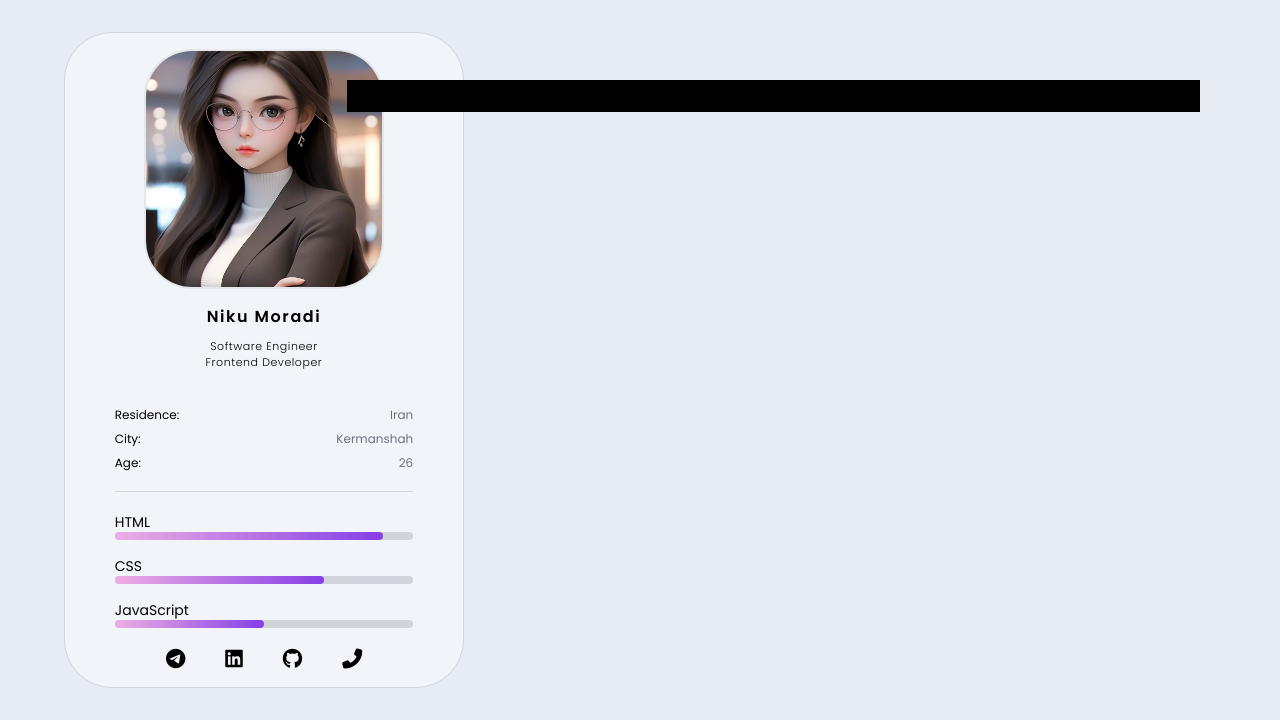
Repository: NikuMoradi/niku-moradi
Page: /
These files come from the project's save history. The page is drawn as it stood at one moment and after the next save; the edit follows.
The browser window is 1280 px wide. The pictures show the whole page.
The project was rebuilt for these pictures with package versions that can differ from the ones it lists, and the page was loaded fresh each time. The framework's server and built-in components were replaced by stand-ins that run in the browser. Also part of the build but not shown: nuxt.config.ts, components/Blog Posts/Component-Design.vue, components/Blog.vue, components/Contact.vue, components/Education.vue, components/Experience.vue, components/Hero.vue, components/Menu.vue and 3 more.

Above is the page before, as saved 2024-11-30 20:15:30.

After the next save:
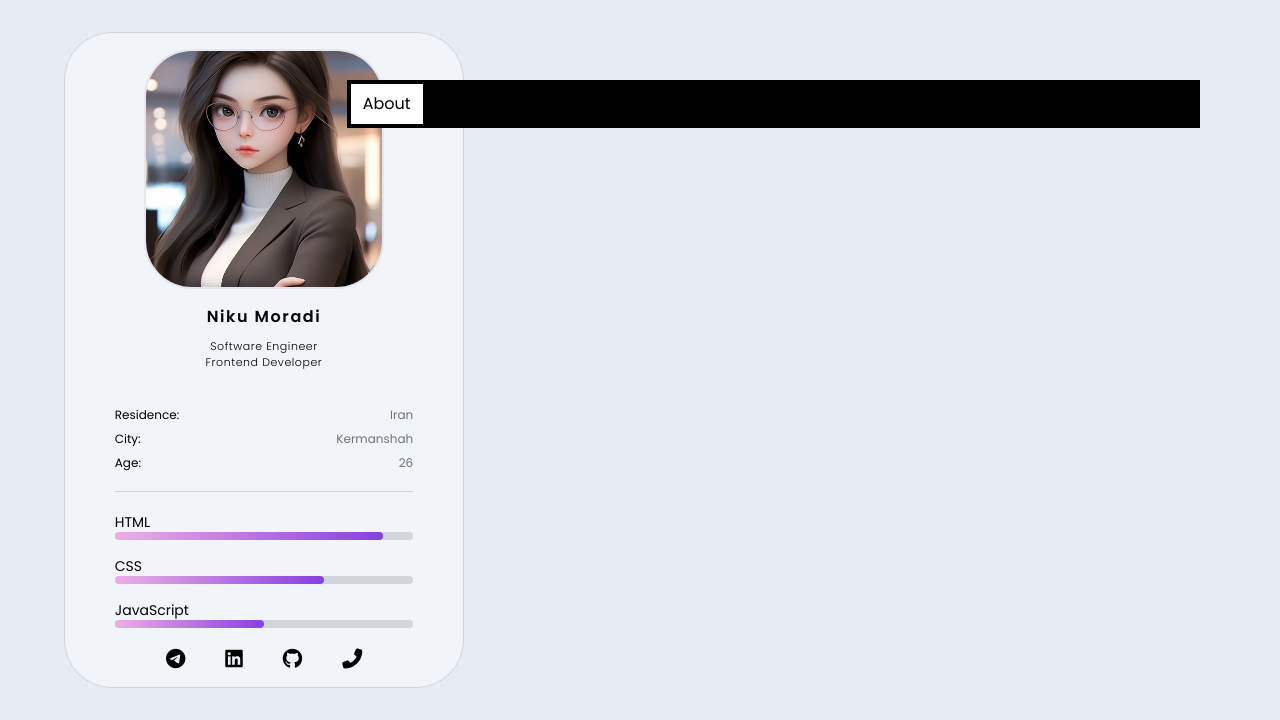
Saved 46 s later.
--- a/components/Navbar.vue
+++ b/components/Navbar.vue
@@ -3,9 +3,9 @@
     class="bg-black flex items-center justify-between px-1 py-1 space-x-7 fixed top-20 right-20 w-2/3"
   >
     <!-- About -->
-    <div class="py-2 px-3"></div>
-
-    <NuxtLink to="/about"> About </NuxtLink>
+    <div class="py-2 px-3 bg-white">
+      <NuxtLink to="/about"> About </NuxtLink>
+    </div>
 
     <!-- Experience -->
     <NuxtLink to="/experience"> Experience </NuxtLink>
